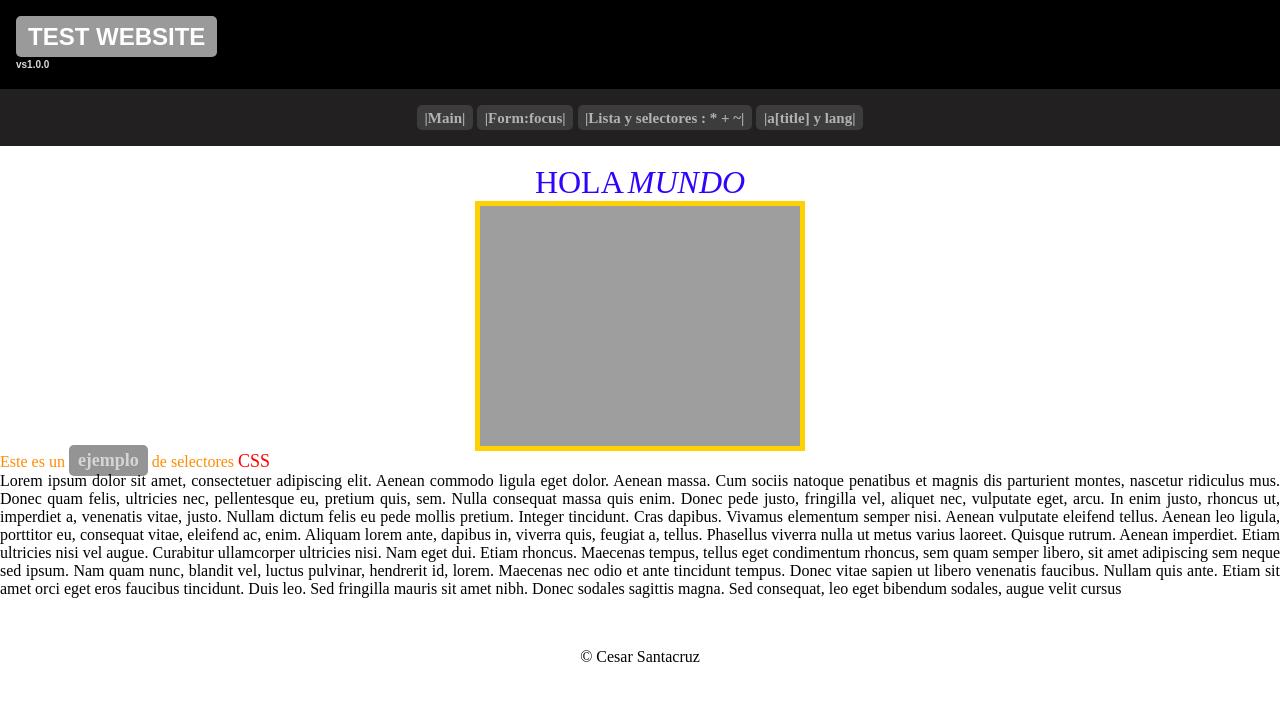
Repository: cesarsant0203/My_Study
Page: Introducción al desarrollo web/My Page 1/1.index.html
An editor plug-in stored every save of this project. The page is shown before and after a run of saves, followed by the edit.
The browser window is 1280 px wide. The pictures show the whole page.
Pictures or frames that could not be fetched are drawn as grey boxes.

Above is the page before, as saved 2020-04-29 18:24:20.

After the next 2 saves:
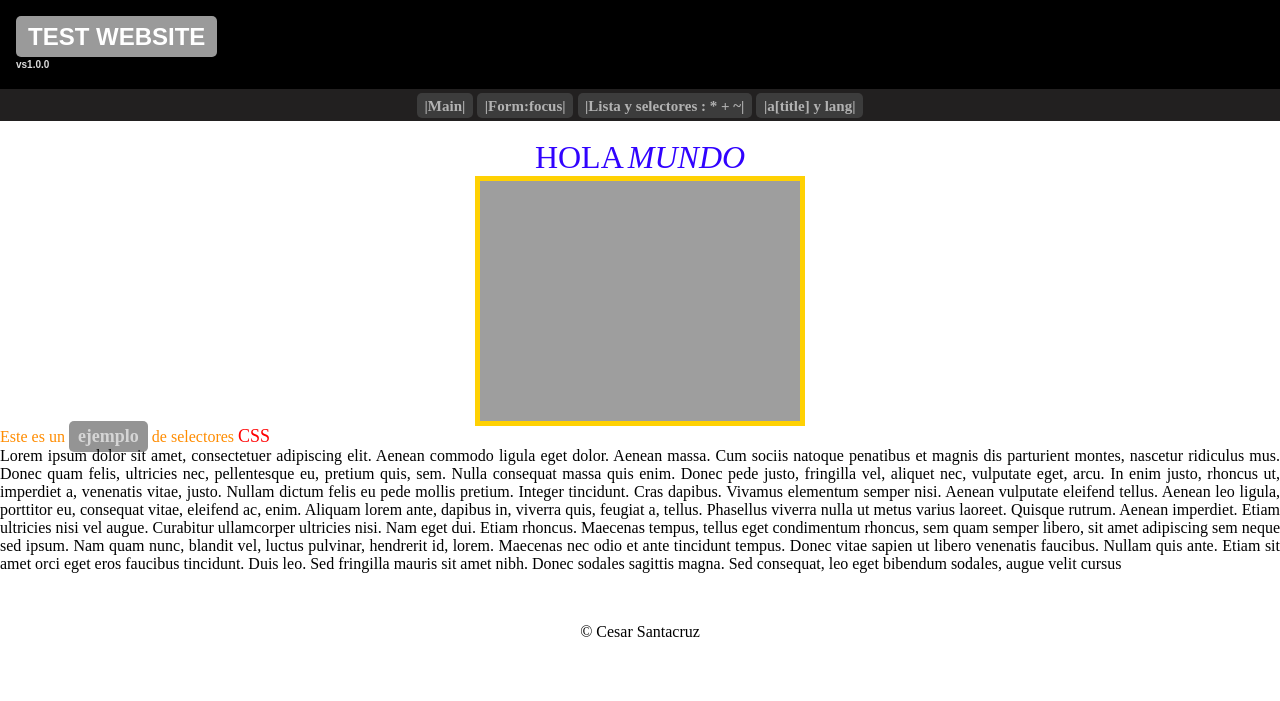
The 2 saves are shown as one change because they came seconds apart.
The last was saved 13 s later.
--- a/Introducción al desarrollo web/My Page 1/1.index.css
+++ b/Introducción al desarrollo web/My Page 1/1.index.css
@@ -110,7 +110,7 @@ a:visited {
  section {
     text-align: center;
     background-color: rgb(34, 32, 32);
-    padding: 1em;
+    padding: 0.33em;
 }
 section#mySection{
     font-size: large;
